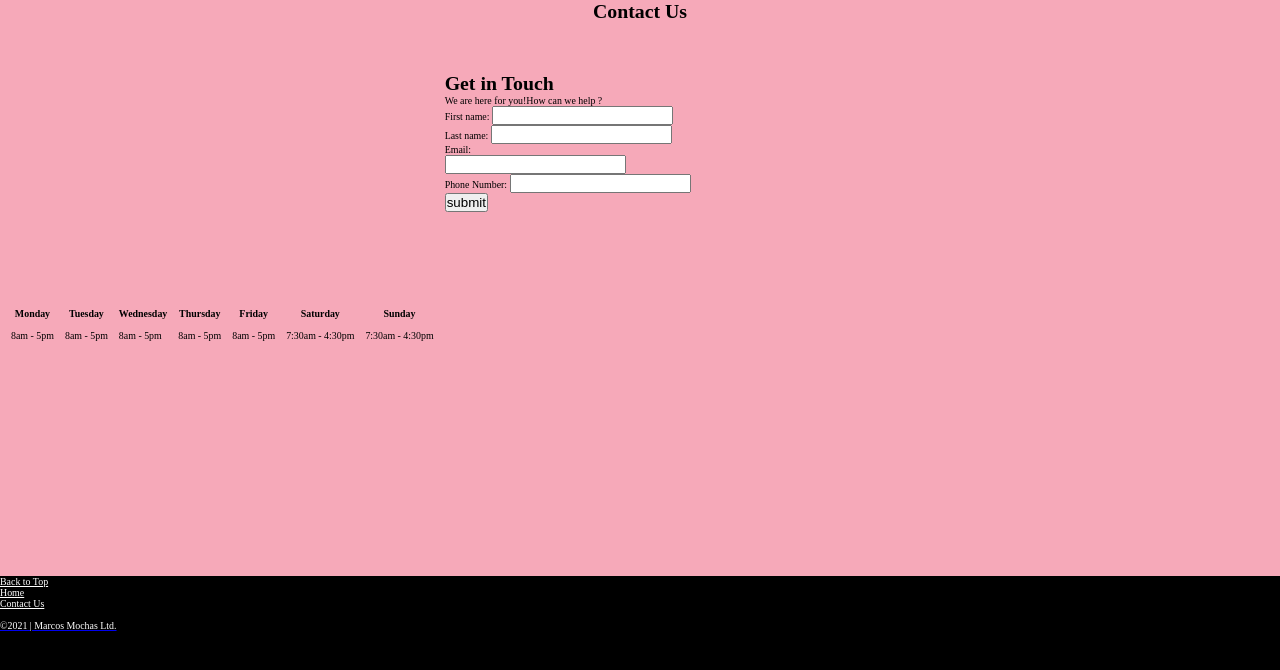
Repository: CAMPSLOPY/marcos-mochas
Page: HTML/contact.html
An editor plug-in stored every save of this project. The page is shown before and after a run of saves, followed by the edit.
The browser window is 1280 px wide. The pictures show the whole page.

Above is the page before, as saved 2021-07-02 17:55:31.

### HTML/contact.html
<!DOCTYPE html>
<html lang="en">
<head>
    <meta charset="UTF-8">
    <meta http-equiv="X-UA-Compatible" content="IE=edge">
    <meta name="viewport" content="width=device-width, initial-scale=1.0">
    <meta name="robots" content="index,follow" />
    <meta
      name="description"
      content=""
    />
    <link rel="stylesheet" href="/CSS/contact.css">
    <title>Contact Us</title>
</head>
<body>
    <header >
        <!--page hours title-->
        <h1  class="header-tex">Contact Us</h1>

    </header>
<main>
    <div class="header-table-content">


        <!--Page hours and contact form-->
        <table cellspacing="11">
        <tr>
            <th>Monday</th>
            <th>Tuesday</th>
            <th>Wednesday</th>
            <th>Thursday</th>
            <th>Friday</th>
            <th>Saturday</th>
            <th>Sunday</th>
        </tr>
        <tr>
            <td>8am - 5pm</td>
            <td>8am - 5pm</td>
            <td>8am - 5pm</td>
            <td>8am - 5pm</td>
            <td>8am - 5pm</td>
            <td>7:30am - 4:30pm</td>
            <td>7:30am - 4:30pm</td>
        </tr>
        </table>
    </div>
<div class="form-content">
    <div class="form-content-text">
    <h1>Get in Touch</h1>
    <p>We are here for you!How can we help ?</p>
    </div>

        <!--Hours table start here-->

        <!--Form starts here-->
        <!-- i wrapped the form inside a div content so that we can give it freedo
        when styling -->


            <form class="contact-form" action="">


                <div class="form-control">
                    <!--first name input/required-->
                    <label for="fname">First name:</label>
                    <input type="text" id="fname" name="fname" value="" required>
                </div>
               <div class="form-control">
                 <!--last name input/required-->
                 <label for="lname">Last name:</label>
                 <input type="text" id="lname" name="lname" value="" required>
               </div>

               <div class="form-control">
                  <!--email address input/required-->
                  <label for="email">Email:</label><br>
                  <input type="text" id="email" name="Email" value="" required>
               </div>

               <div class="form-control">
                   <!--Phone number input/not required-->
                <label for="Phone">Phone Number:</label>
                <input type="text" id="phone" name="Phone" value="">
               </div>

                <!--Submit button-->
                <button type="submit">submit</button>
                      </form>
        </div>

    </main>

    <!--page navi links & copyright-->
    <footer>
        <div class="contact-footer">
        <ul>
            <!-- IDEA: img / just text for our "logo" -->
            <li><a href="#top">Back to Top</a></li>
            <li><a href="/HTML/Index.html">Home</a></li>
            <li><a href="/HTML/contact.html">Contact Us</la></li>
        </ul>
        </div>
        <br>
        <!--Copyright class -->
        <div class="copyright">
            <p>&copy;2021 | Marcos Mochas Ltd.</p>
        </div>
    </footer>
</body>
</html>

### CSS/contact.css

/* universal styling of the contact page */
* {
    margin: 0;
    padding: 0;
    box-sizing: border-box;
}

body{
    min-height: 100vh;
    background-color: #f38ba0bb;
}

html{
    font-size: 62%;
}

footer{
    min-height: 20vh;
    background-color: black;
}

footer ul li a{
    color: white;
}

header{
    text-align: center;
    min-height: 10vh;

}


/* styling the Form */
main{
    min-height: 70vh;
    display: flex;
    width: 100%;
}
.header-table-content{
    display: flex;
    flex-direction: column;
    align-items: center;
    justify-content: center;
}

.form-content{
    align-items: ;
}

/* styling for hours table */

table {

}


/*Footer css code*/

/*The links at the bottom of the footer shouldnt be stacked up and placed at the bottom of the page*/

.contact-footer {

    color: white;
}

.copyright {
    color: white;
}

After the next 2 saves:
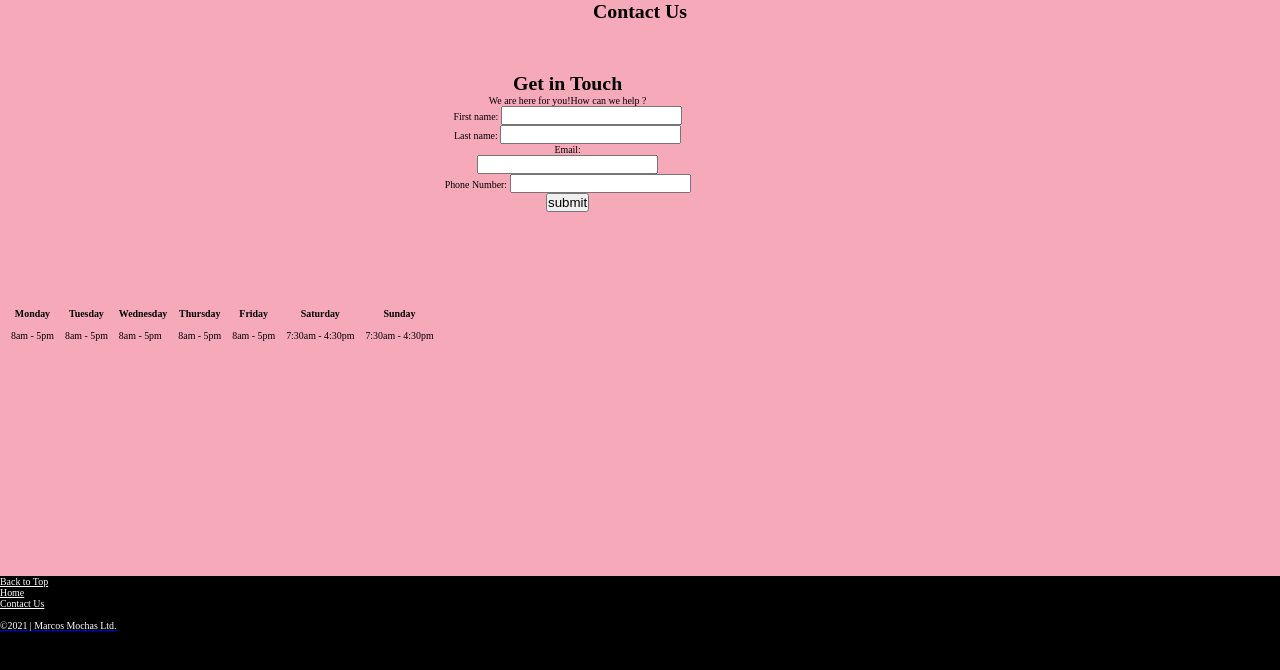
The 2 saves are shown as one change because they came seconds apart.
The last was saved 11 s later.
--- a/CSS/contact.css
+++ b/CSS/contact.css
@@ -45,7 +45,7 @@ main{
 }
 
 .form-content{
-    align-items: ;
+   text-align: center;
 }
 
 /* styling for hours table */
